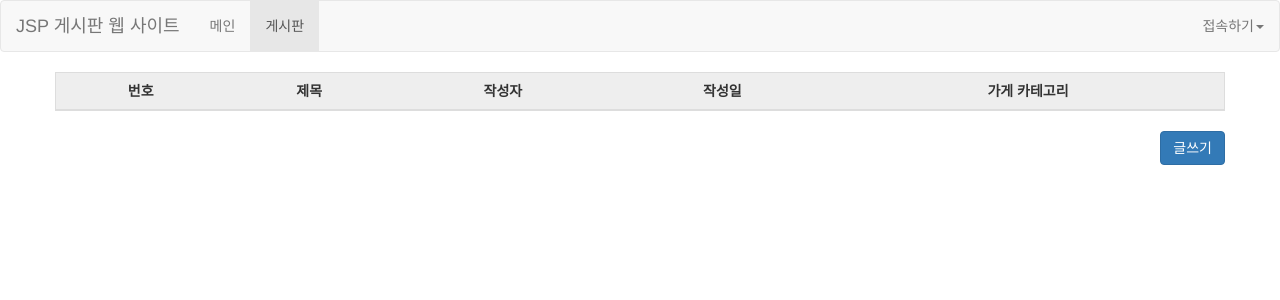
Repository: kingkingburger/webproject
Page: http://localhost/BBS/bbs.jsp
The author's editor kept a copy of each file at every save. The page is drawn from the files as they stood at one save, then again after the next save.
The browser window is 1280 px wide. The pictures show the whole page.
Some web libraries are served in a nearby version. The page is served by Tomcat 9. Other server files are loaded and not shown. Queries for data that is not in the repository find no rows.

Above is the page before, as saved 2020-11-23 11:23:24.

### BBS/WebContent/bbs.jsp
<%@ page language="java" contentType="text/html; charset=UTF-8"
    pageEncoding="UTF-8"%>
<%@ page import="java.io.PrintWriter" %>
<%@ page import="bbs.BbsDAO" %>
<%@ page import="bbs.Bbs" %>
<%@ page import="java.util.ArrayList" %>
<!DOCTYPE html>
<html>
<head>
<meta http-equiv="Content-Type" content="text/html; charset=UTF-8">
<meta name="viewport" content="width=device-width", initial-scale="1" >  <!-- 반응형 웹에 사용하는 메타태그 -->
<link rel="stylesheet" href="css/bootstrap.css"> <!-- 참조  -->
<title>JSP 게시판 웹 사이트</title>
<style type = "text/css">
    a, a:hover
    {
        color: #000000;
        text-decoration: none;
    }
</style>
</head>
<body>
<%
    String userID = null; // 로그인이 된 사람들은 로그인정보를 담을 수 있도록한다
    if (session.getAttribute("userID") != null)
    {
        userID = (String)session.getAttribute("userID");
    }
    int pageNumber = 1; // 기본페이지 기본적으로 페이지 1부터 시작하므로
    if (request.getParameter("pageNumber") != null)
    {
        pageNumber = Integer.parseInt(request.getParameter("pageNumber"));
    }
%>
    <nav class ="navbar navbar-default">
        <div class="navbar-header"> <!-- 홈페이지의 로고 -->
            <button type="button" class="navbar-toggle collapsed"
                data-toggle="collapse" data-target="#bs-example-navbar-collapse-1"
                aria-expand="false">
                <span class ="icon-bar"></span> <!-- 줄였을때 옆에 짝대기 -->
                <span class ="icon-bar"></span>
                <span class ="icon-bar"></span>
            </button>
            <a class ="navbar-brand" href="main.jsp">JSP 게시판 웹 사이트</a>
        </div>
        <div class="collapse navbar-collapse" id="bs-example-navbar-collapse-1">
            <ul class="nav navbar-nav">
                <li><a href="main.jsp">메인</a></li>
                <li class="active"><a href="bbs.jsp">게시판</a></li>
            </ul>
            <%
            // 접속하기는 로그인이 되어있지 않은 경우만 나오게한다
                if(userID == null)
                {
            %>
            <ul class="nav navbar-nav navbar-right">
                <li class="dropdown">
                <a href="#" class = "dropdown-toggle"
                    data-toggle="dropdown" role ="button" aria-haspopup="true"
                    aria-expanded="false">접속하기<span class="caret"></span></a>
                    <ul class="dropdown-menu">
                        <li><a href="login.jsp">로그인</a></li>
                        <li><a href="join.jsp">회원가입</a></li>
                    </ul>
                </li>
            </ul>
            <%
            // 로그인이 되어있는 사람만 볼수 있는 화면
                } else {
            %>
            <ul class="nav navbar-nav navbar-right">
                <li class="dropdown">
                <a href="#" class = "dropdown-toggle"
                    data-toggle="dropdown" role ="button" aria-haspopup="true"
                    aria-expanded="false">회원관리<span class="caret"></span></a>
                    <ul class="dropdown-menu">
                        <li><a href="loginoutAction.jsp">로그아웃</a></li>
                    </ul>
                </li>
            </ul>
            <%
                }
            %>
        </div>
    </nav>
    <div class="container">
        <div class="row">
            <table class="table table-striped" style="text-align:center; border:1px solid #dddddd">
                <thead>
                    <tr>
                        <th style="background-color:#eeeeee; text-align:center;">번호</th>
                        <th style="background-color:#eeeeee; text-align:center;">제목</th>
                        <th style="background-color:#eeeeee; text-align:center;">작성자</th>
                        <th style="background-color:#eeeeee; text-align:center;">작성일</th>
                        <th style="background-color:#eeeeee; text-align:center;">가게 카테고리</th>
                    </tr>
                </thead>
                <tbody>
                <%
                    BbsDAO bbsDAO = new BbsDAO();
                    ArrayList<Bbs> list = bbsDAO.getList(pageNumber);
                    for(int i = 0; i < list.size(); i++)
                    {
                %>

                    <tr>
                        <td><%=list.get(i).getBbsID() %></td>
                        <td><a href="view.jsp?bbsID=<%=list.get(i).getBbsID()%>"><%=list.get(i).getBbsTitle() %></a></td>
                        <td><%=list.get(i).getUserID() %></td>
                        <td><%=list.get(i).getBbsDate().substring(0,11) + list.get(i).getBbsDate().substring(11, 13) + "시"
                        + list.get(i).getBbsDate().substring(14,16) + "분" %></td>
                        <td><%=list.get(i).getBbscategory() %></td>
                    </tr>
                <%
                    }
                %>
                </tbody>
            </table>
            <%
                if(pageNumber != 1) {
            %>
                <a href="bbs.jsp?pageNumber=<%=pageNumber - 1 %>" class="btn btn-success btn-arrow-left">이전</a>
            <%
                } if (bbsDAO.nextPage(pageNumber + 1)) {
            %>
                <a href="bbs.jsp?pageNumber=<%=pageNumber + 1 %>" class="btn btn-success btn-arrow-left">다음</a>

            <%
                }
            %>
            <a href="write.jsp" class="btn btn-primary pull-right">글쓰기</a>
        </div>
    </div>
    <script src="https://code.jquery.com/jquery-3.1.1.min.js"></script>
    <script src="js/bootstrap.js"></script>
</body>
</html>

### BBS/src/bbs/BbsDAO.java
package bbs;

import java.sql.Connection;
import java.sql.DriverManager;
import java.sql.PreparedStatement;
import java.sql.ResultSet;
import java.util.ArrayList;

public class BbsDAO {

	private Connection conn;
	private ResultSet rs;

	//기본 생성자
	public BbsDAO() {
		try {
			 String dbURL = "jdbc:mysql://localhost:3306/BBS?serverTimezone=Asia/Seoul";

			   Class.forName("com.mysql.jdbc.Driver");
			   conn = DriverManager.getConnection(dbURL, "root", "1234");
		}catch (Exception e) {
			e.printStackTrace();
		}
	}

	 public String getDate() // 현재시간을 넣어주기위해
	    {
	        String SQL = "SELECT NOW()"; // 현재시간을 나타내는 mysql
	        try {
	            PreparedStatement pstmt = conn.prepareStatement(SQL);
	            rs = pstmt.executeQuery();
	            if(rs.next()) {
	                return rs.getString(1);
	            }

	        } catch (Exception e) {
	            e.printStackTrace();
	        }
	        return ""; // 데이터베이스 오류
	    }

	 public int getNext()
	    {
	        String SQL = "SELECT bbsID FROM BBS ORDER BY bbsID DESC"; // 내림차순으로 가장 마지막에 쓰인 것을 가져온다
	        try {
	            PreparedStatement pstmt = conn.prepareStatement(SQL);
	            rs = pstmt.executeQuery();
	            if(rs.next()) {
	                return rs.getInt(1) + 1; // 그 다음 게시글의 번호
	            }
	            return 1; // 첫 번째 게시물인 경우
	        } catch (Exception e) {
	            e.printStackTrace();
	        }
	        return -1; // 데이터베이스 오류
	    }

	//글쓰기 메소드
	 public int write(String bbsTitle, String userID, String bbsContent,String bbscategory) {
	        String SQL = "INSERT INTO BBS VALUES (?,?,?,?,?,?,?)";
	        try {
	            PreparedStatement pstmt = conn.prepareStatement(SQL);
	            pstmt.setInt(1, getNext());
	            pstmt.setString(2, bbsTitle);
	            pstmt.setString(3, userID);
	            pstmt.setString(4, getDate());
	            pstmt.setString(5, bbsContent);
	            pstmt.setInt(6, 1);
	            pstmt.setString(7, bbscategory);
	            return pstmt.executeUpdate();
	        } catch (Exception e) {
	            e.printStackTrace();
	        }
	        return -1; // 데이터베이스 오류
	    }
	 public ArrayList<Bbs> getList(int pageNumber)
	    {
	        String SQL = "SELECT * FROM BBS WHERE bbsID < ? AND bbsAvailable = 1 ORDER BY bbsID DESC LIMIT 10"; // 내림차순으로 가장 마지막에 쓰인 것을 가져온다
	        ArrayList<Bbs> list = new ArrayList<Bbs>();
	        try {
	            PreparedStatement pstmt = conn.prepareStatement(SQL);
	            pstmt.setInt(1, getNext() - (pageNumber - 1 ) * 10);
	            rs = pstmt.executeQuery();
	            while (rs.next()) {
	                Bbs bbs = new Bbs();
	                bbs.setBbsID(rs.getInt(1));
	                bbs.setBbsTitle(rs.getString(2));
	                bbs.setUserID(rs.getString(3));
	                bbs.setBbsDate(rs.getString(4));
	                bbs.setBbsContent(rs.getString(5));
	                bbs.setBbsAvailable(rs.getInt(6));
	                bbs.setBbscategory(rs.getString(7));
	                list.add(bbs);
	            }
	        } catch (Exception e) {
	            e.printStackTrace();
	        }
	        return list;
	    }

	 public boolean nextPage(int pageNumber) {
	        String SQL = "SELECT * FROM BBS WHERE bbsID < ? AND bbsAvailable = 1";
	        try {
	            PreparedStatement pstmt = conn.prepareStatement(SQL);
	            pstmt.setInt(1, getNext() - (pageNumber - 1 ) * 10);
	            rs = pstmt.executeQuery();
	            if (rs.next())
	            {
	                return true;
	            }
	        } catch (Exception e) {
	            e.printStackTrace();
	        }
	        return false;
	    }

	public Bbs getBbs(int bbsID) {
		String sql = "select * from bbs where bbsID = ?";

		try {
			PreparedStatement pstmt = conn.prepareStatement(sql);
			pstmt.setInt(1, bbsID);
			rs = pstmt.executeQuery();
			if(rs.next()) {
				Bbs bbs = new Bbs();
				bbs.setBbsID(rs.getInt(1));
				bbs.setBbsTitle(rs.getString(2));
				bbs.setUserID(rs.getString(3));
				bbs.setBbsDate(rs.getString(4));
				bbs.setBbsContent(rs.getString(5));
				bbs.setBbsAvailable(rs.getInt(6));
				bbs.setBbscategory(rs.getString(7));
				return bbs;
			}
		}catch (Exception e) {
			e.printStackTrace();
		}
		return null;
	}

	public int update(int bbsID, String bbsTitle, String bbsContent,String bbscategory) {
		String sql = "update bbs set bbsTitle=? ,bbsContent=?, bbscategory = ? where bbsID =?";
		try {
			PreparedStatement pstmt = conn.prepareStatement(sql);
			pstmt.setString(1,bbsTitle);
			pstmt.setString(2,bbsContent);
			pstmt.setString(3,bbscategory);
			pstmt.setInt(4,bbsID);
			return pstmt.executeUpdate();
		}catch (Exception e) {
			e.printStackTrace();
		}
		return -1; //데이터베이스 오류
	}

	public int delete(int bbsID) {
		String sql = "update bbs set bbsAvailable = 0 where  bbsID =?";
		try {
			PreparedStatement pstmt = conn.prepareStatement(sql);
			pstmt.setInt(1,bbsID);
			return pstmt.executeUpdate();
		}catch (Exception e) {
			e.printStackTrace();
		}
		return -1; //데이터베이스 오류
	}

}

Loaded but not shown: BBS/WebContent/css/bootstrap.css (library); BBS/WebContent/js/bootstrap.js (library)

After the next save:
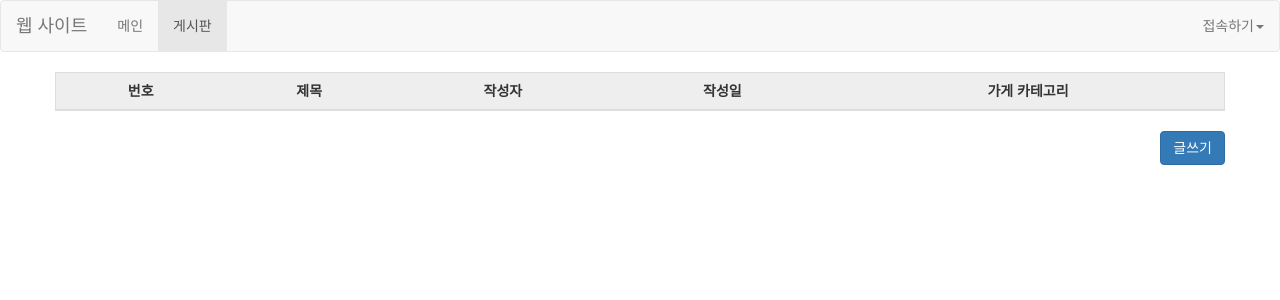
Saved 101 s later.
--- a/BBS/WebContent/bbs.jsp
+++ b/BBS/WebContent/bbs.jsp
@@ -41,7 +41,7 @@
                 <span class ="icon-bar"></span>
                 <span class ="icon-bar"></span>
             </button>
-            <a class ="navbar-brand" href="main.jsp">JSP 게시판 웹 사이트</a>
+            <a class ="navbar-brand" href="main.jsp">웹 사이트</a>
         </div>
         <div class="collapse navbar-collapse" id="bs-example-navbar-collapse-1">
             <ul class="nav navbar-nav">
